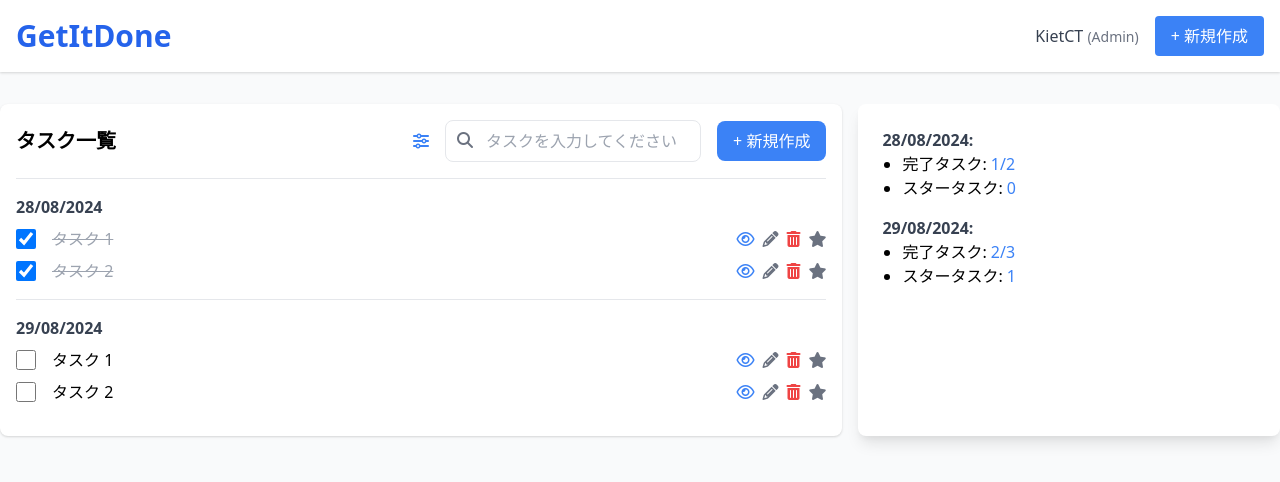
Repository: TuanAnhNguyen723/todolist
Page: mainscreen.html
An editor plug-in stored every save of this project. The page is shown before and after the next save, followed by the edit.
The browser window is 1280 px wide. The pictures show the whole page.
Some web libraries are served in a nearby version.

Above is the page before, as saved 2024-09-24 22:32:39.

After the next save:
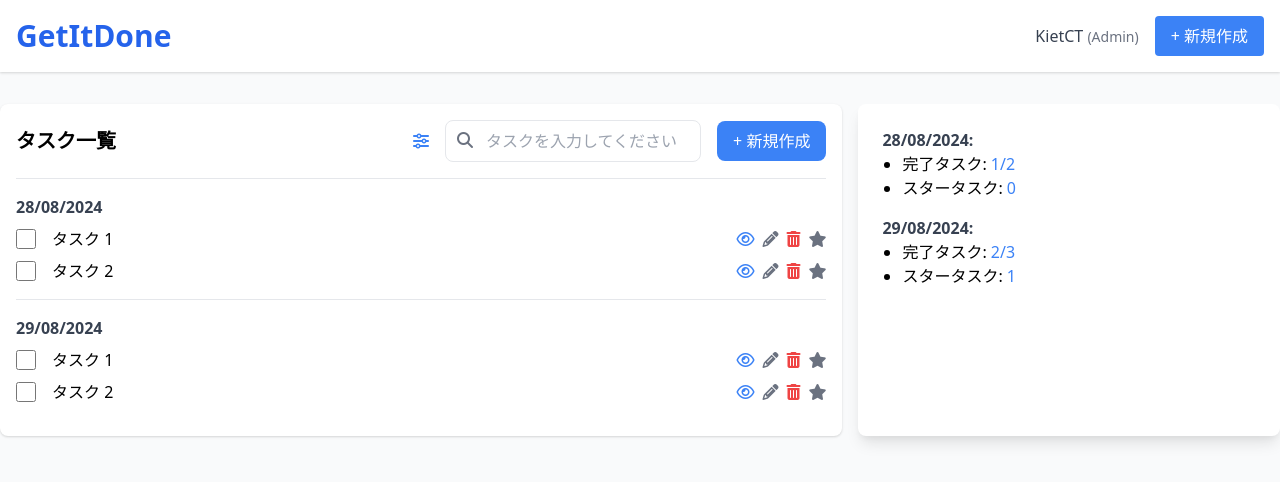
Saved 56 s later.
--- a/mainscreen.html
+++ b/mainscreen.html
@@ -65,66 +65,60 @@
             </div>
           </div>
 
-          <!-- Task Group 1 -->
-          <div class="mb-4 border-t pt-4">
-            <h3 class="font-bold text-gray-700">28/08/2024</h3>
-
-            <!-- Task 1 -->
-            <div class="flex justify-between items-center space-x-4 my-2">
-              <div class="flex items-center space-x-4">
-                <input
-                  type="checkbox"
-                  class="form-checkbox h-5 w-5 toggle-complete"
-                  checked
-                />
-                <span class="task-text text-gray-400 line-through"
-                  >タスク 1</span
-                >
-              </div>
-              <div class="flex space-x-2">
-                <button class="text-blue-500 hover:text-blue-700">
-                  <i class="fa fa-eye"></i>
-                </button>
-                <button class="text-gray-500 hover:text-gray-700">
-                  <i class="fa fa-pencil"></i>
-                </button>
-                <button class="text-red-500 hover:text-red-700">
-                  <i class="fa fa-trash"></i>
-                </button>
-                <button class="text-gray-500 hover:text-yellow-500 star-icon">
-                  <i class="fa fa-star"></i>
-                </button>
-              </div>
-            </div>
-
-            <!-- Task 2 -->
-            <div class="flex justify-between items-center space-x-4 my-2">
-              <div class="flex items-center space-x-4">
-                <input
-                  type="checkbox"
-                  class="form-checkbox h-5 w-5 toggle-complete"
-                  checked
-                />
-                <span class="task-text text-gray-400 line-through"
-                  >タスク 2</span
-                >
-              </div>
-              <div class="flex space-x-2">
-                <button class="text-blue-500 hover:text-blue-700">
-                  <i class="fa fa-eye"></i>
-                </button>
-                <button class="text-gray-500 hover:text-gray-700">
-                  <i class="fa fa-pencil"></i>
-                </button>
-                <button class="text-red-500 hover:text-red-700">
-                  <i class="fa fa-trash"></i>
-                </button>
-                <button class="text-gray-500 hover:text-yellow-500 star-icon">
-                  <i class="fa fa-star"></i>
-                </button>
-              </div>
-            </div>
-          </div>
+         <!-- Task Group 1 -->
+<div class="mb-4 border-t pt-4">
+  <h3 class="font-bold text-gray-700">28/08/2024</h3>
+
+  <!-- Task 1 -->
+  <div class="flex justify-between items-center space-x-4 my-2">
+    <div class="flex items-center space-x-4">
+      <input
+        type="checkbox"
+        class="form-checkbox h-5 w-5 toggle-complete"
+      />
+      <span class="task-text">タスク 1</span>
+    </div>
+    <div class="flex space-x-2">
+      <button class="text-blue-500 hover:text-blue-700">
+        <i class="fa fa-eye"></i>
+      </button>
+      <button class="text-gray-500 hover:text-gray-700">
+        <i class="fa fa-pencil"></i>
+      </button>
+      <button class="text-red-500 hover:text-red-700">
+        <i class="fa fa-trash"></i>
+      </button>
+      <button class="text-gray-500 hover:text-yellow-500 star-icon">
+        <i class="fa fa-star"></i>
+      </button>
+    </div>
+  </div>
+
+  <!-- Task 2 -->
+  <div class="flex justify-between items-center space-x-4 my-2">
+    <div class="flex items-center space-x-4">
+      <input
+        type="checkbox"
+        class="form-checkbox h-5 w-5 toggle-complete"
+      />
+      <span class="task-text">タスク 2</span>
+    </div>
+    <div class="flex space-x-2">
+      <button class="text-blue-500 hover:text-blue-700">
+        <i class="fa fa-eye"></i>
+      </button>
+      <button class="text-gray-500 hover:text-gray-700">
+        <i class="fa fa-pencil"></i>
+      </button>
+      <button class="text-red-500 hover:text-red-700">
+        <i class="fa fa-trash"></i>
+      </button>
+      <button class="text-gray-500 hover:text-yellow-500 star-icon">
+        <i class="fa fa-star"></i>
+      </button>
+    </div>
+  </div>
+</div>
 
           <!-- Task Group 2 -->
           <div class="mb-4 border-t pt-4">
